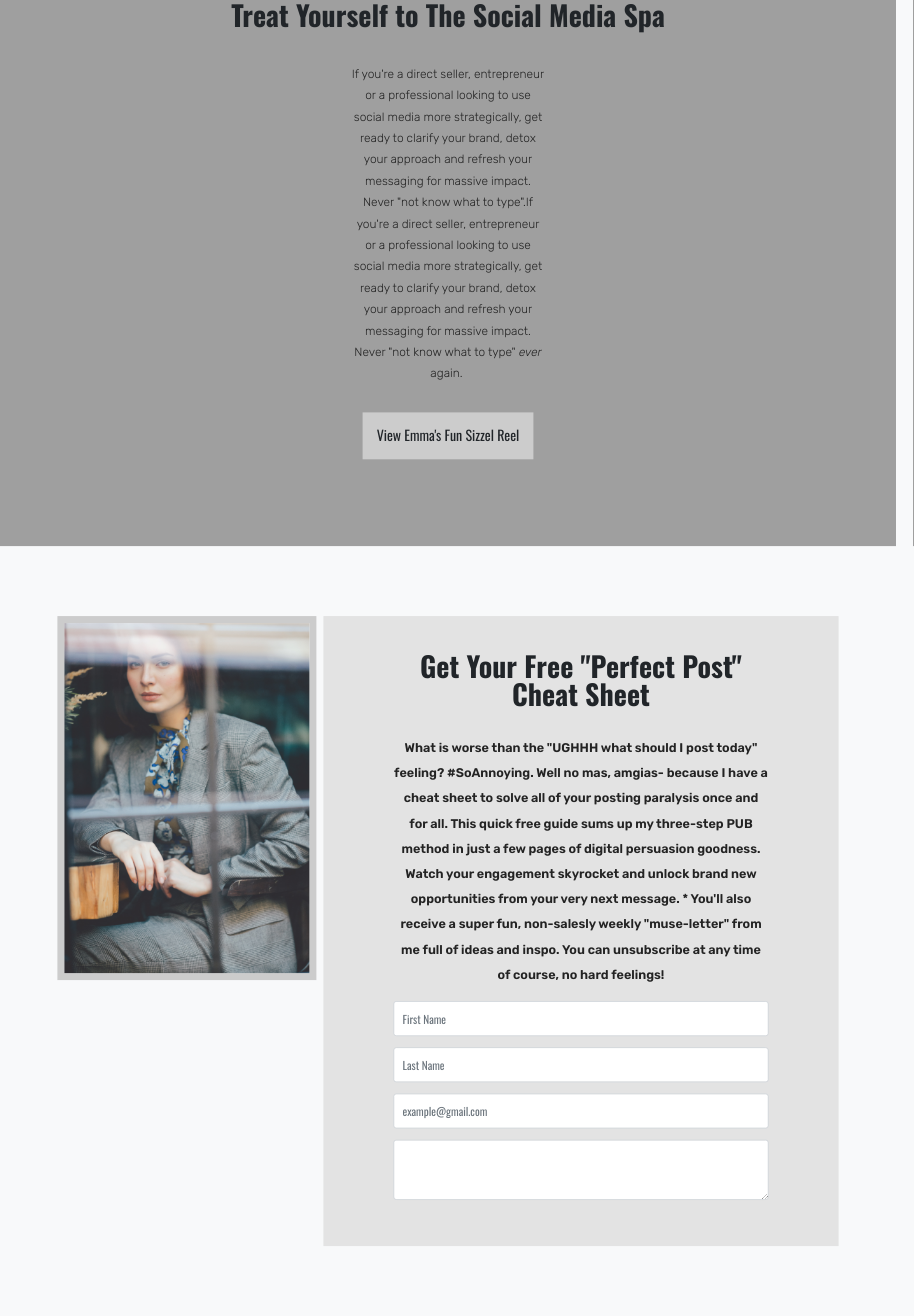
Repository: poroshrahman40/emma-watson-portfolio
Page: index.html
These files come from the project's save history. The page is drawn as it stood at one moment and after a run of saves; the edit follows.
The browser window is 1280 px wide. The page is 1305 px wide, so the pictures cover 1305 px, including what lies to the right of the window. The pictures show the part of the page from y = 3613 to 5493 px (the page is 5493 px tall before and 5487 px after), at 70% of full size.
Some web fonts or font styles are not loaded; a fallback is used.

Above is the page before, as saved 2021-12-06 17:57:29.

After the next 5 saves:
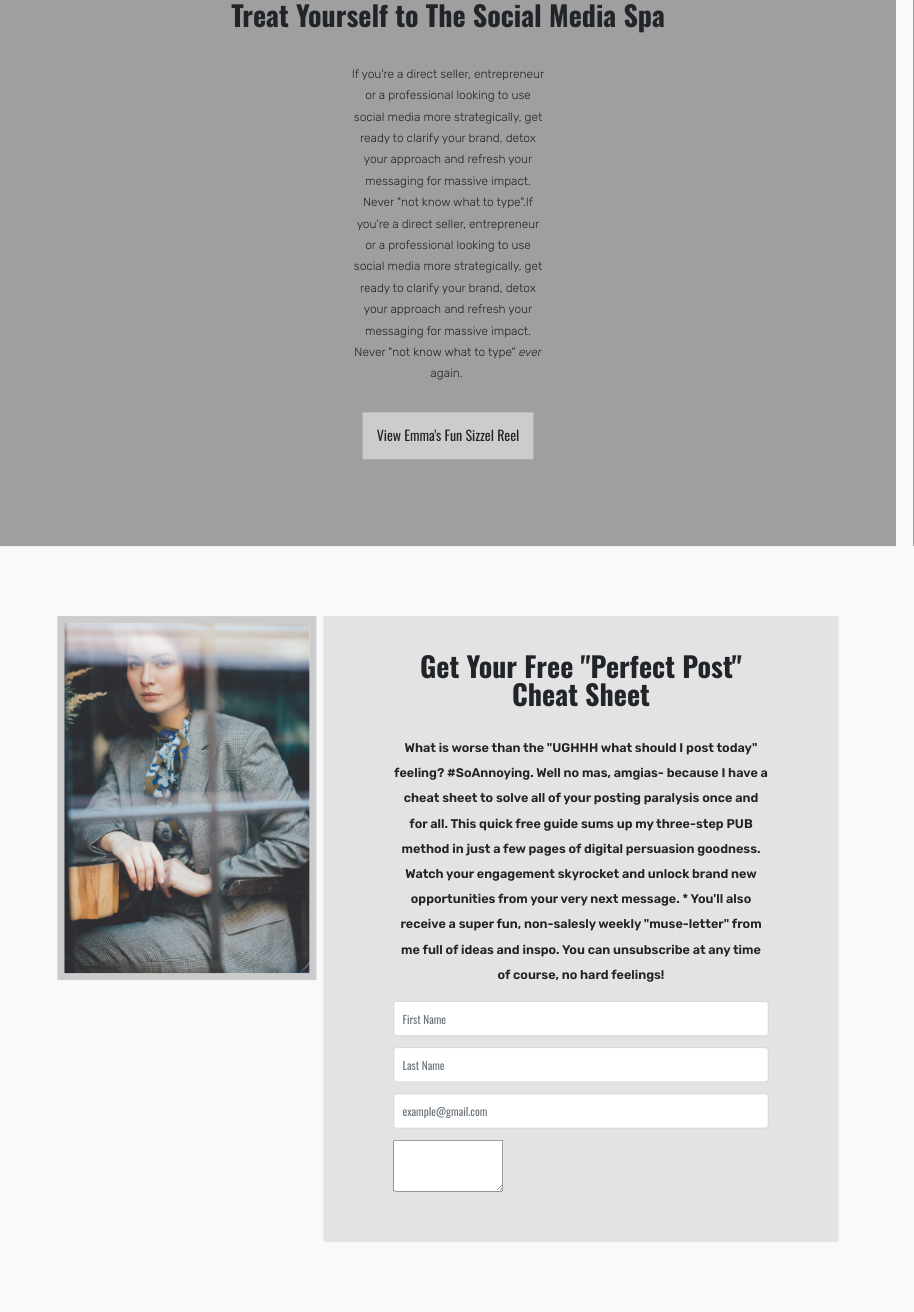
The 5 saves are shown as one change because they came seconds apart.
The last was saved 39 s later.
--- a/index.html
+++ b/index.html
@@ -270,7 +270,7 @@
                         </div>
                         <div class="mb-3">
                             <!-- <label for="exampleFormControlTextarea1" class="form-label">Example textarea</label> -->
-                            <textarea class="form-control" id="exampleFormControlTextarea1" rows="3"></textarea>
+                            <textarea type= class="form-control" id="exampleFormControlTextarea1" rows="3"></textarea>
                         </div>
                     </div>
                 </div>

After the save that followed:
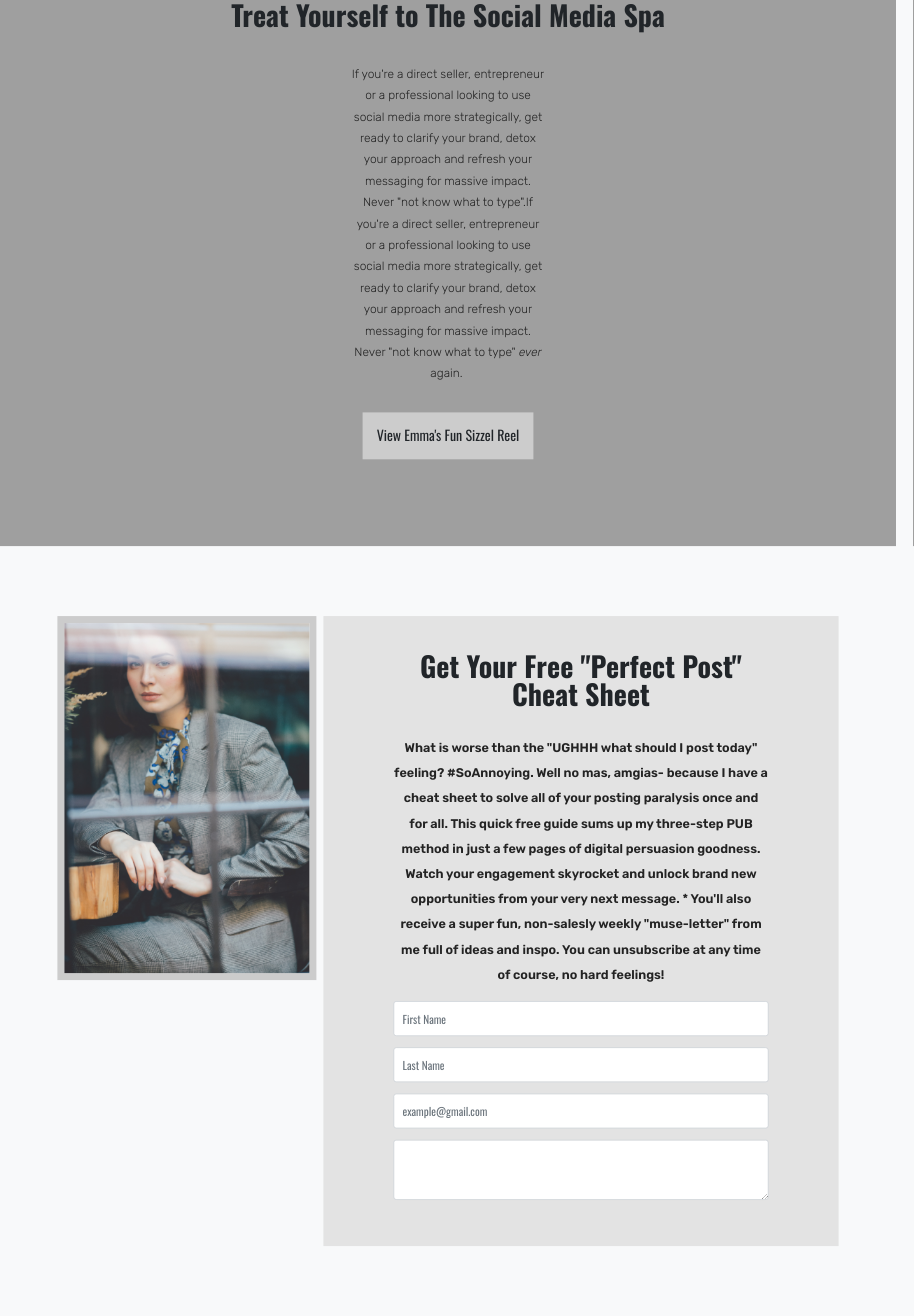
Saved 4 s later.
--- a/index.html
+++ b/index.html
@@ -270,7 +270,7 @@
                         </div>
                         <div class="mb-3">
                             <!-- <label for="exampleFormControlTextarea1" class="form-label">Example textarea</label> -->
-                            <textarea type= class="form-control" id="exampleFormControlTextarea1" rows="3"></textarea>
+                            <textarea type='"' class="form-control" id="exampleFormControlTextarea1" rows="3"></textarea>
                         </div>
                     </div>
                 </div>
